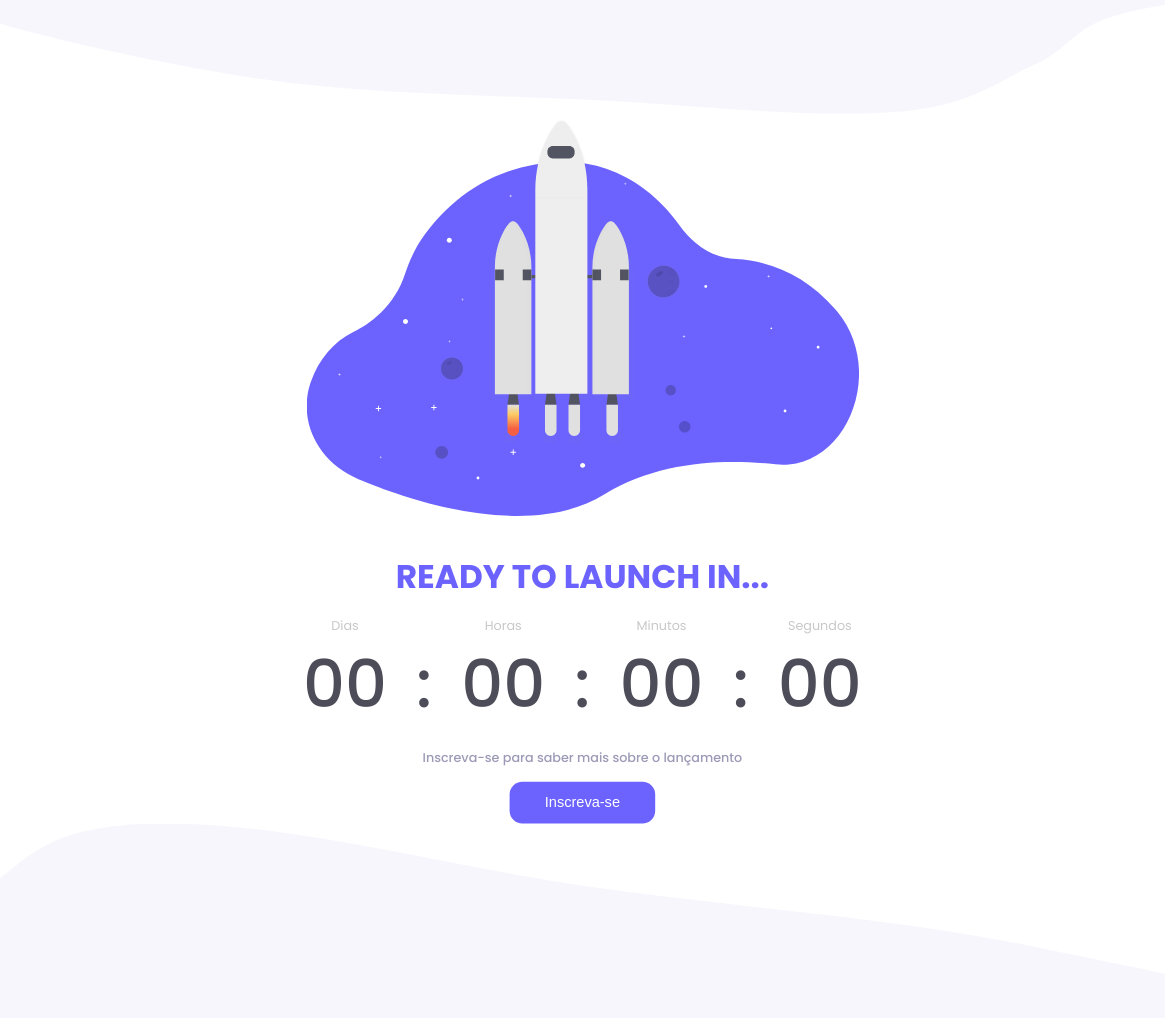
Repository: RickHub2002/Countdown
Page: index.html
An editor plug-in stored every save of this project. The page is shown before and after the next save, followed by the edit.
The browser window is 1280 px wide. The pictures show the whole page, at 91% of full size.

Above is the page before, as saved 2025-02-05 10:19:03.
Console error: TypeError: now.GetFullYear is not a function

After the next save:
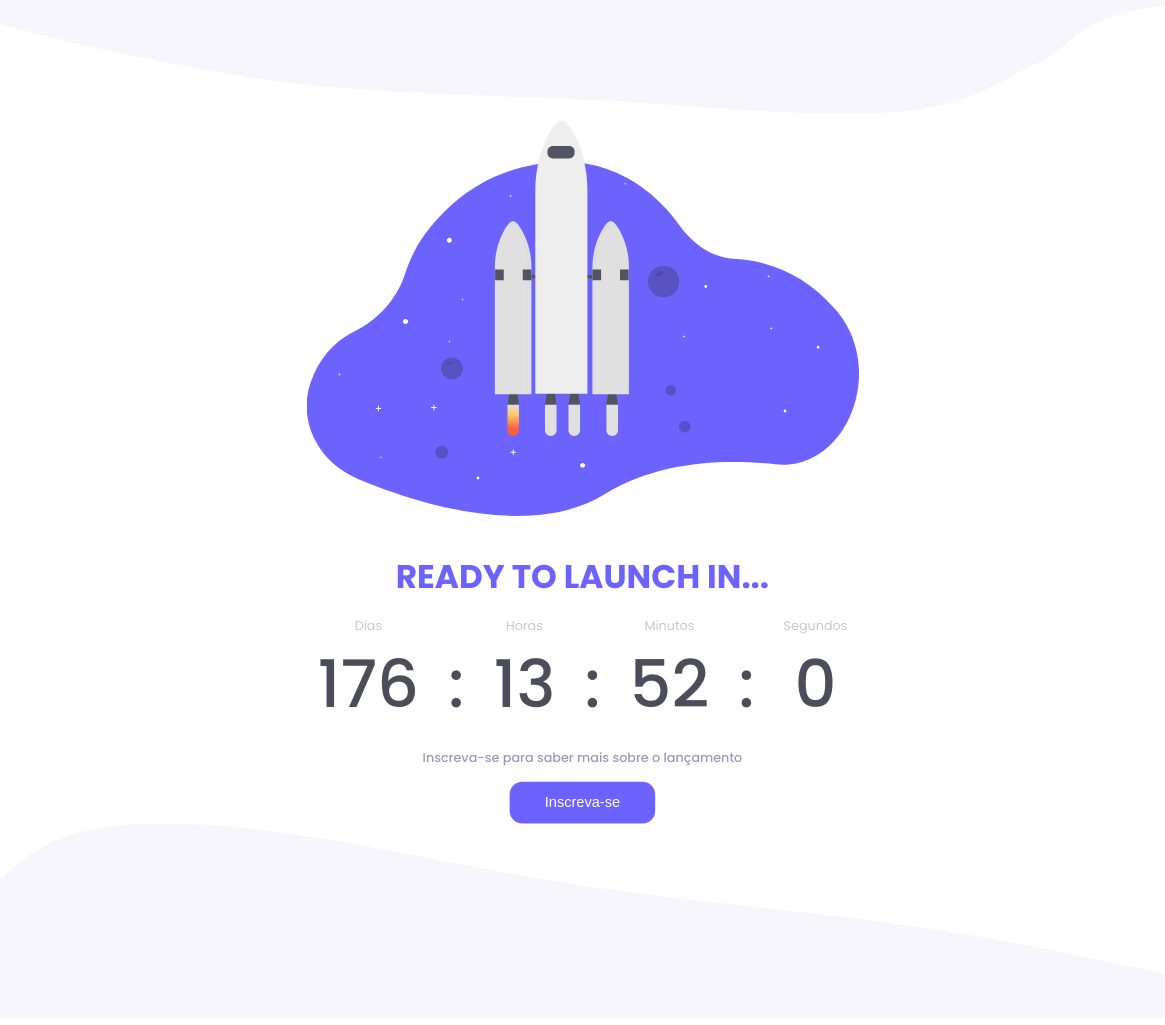
The error is gone.
Saved 51 s later.
--- a/assets/js/main.js
+++ b/assets/js/main.js
@@ -1,7 +1,7 @@
 let birthday = new Date("Aug 1, 2002")
 let now = new Date()
 
-let nextBirthday = new Date(now.GetFullYear(), birthday.getMonth(), birthday.getDate());
+let nextBirthday = new Date(now.getFullYear(), birthday.getMonth(), birthday.getDate());
 
 if (now > nextBirthday) {
     nextBirthday.setFullYear(now.getFullYear() + 1);
